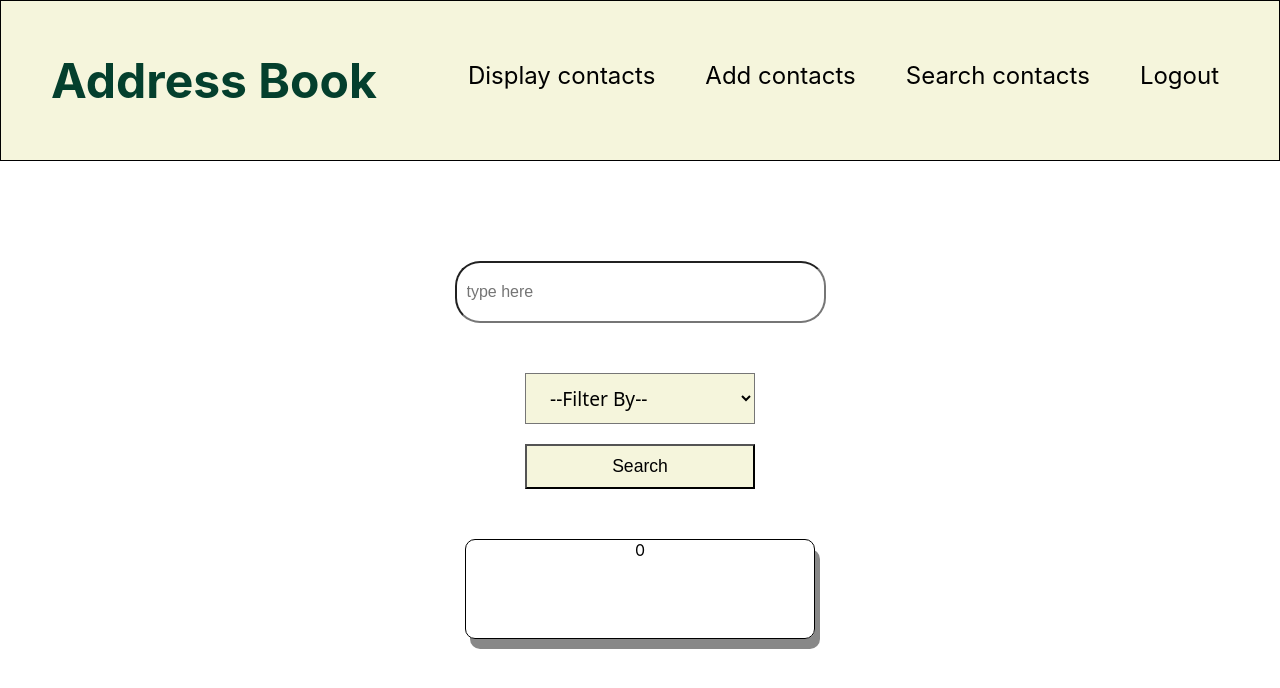
Repository: jatannoury/Address-Book
Page: /search_contact
These files come from the project's save history. The page is drawn as it stood at one moment and after a run of saves; the edit follows.
The browser window is 1280 px wide. The pictures show the whole page.
The project was rebuilt for these pictures with package versions that can differ from the ones it lists, and the page was loaded fresh each time. Also part of the build but not shown: src/components/Email.js, src/components/Password.js, src/components/Login.js, src/components/Username.js, src/components/SignUp.js, src/components/Table.js, src/components/Contacts.js, src/components/AddSection.js.

Above is the page before, as saved 2022-06-26 12:21:50.

After the next 2 saves:
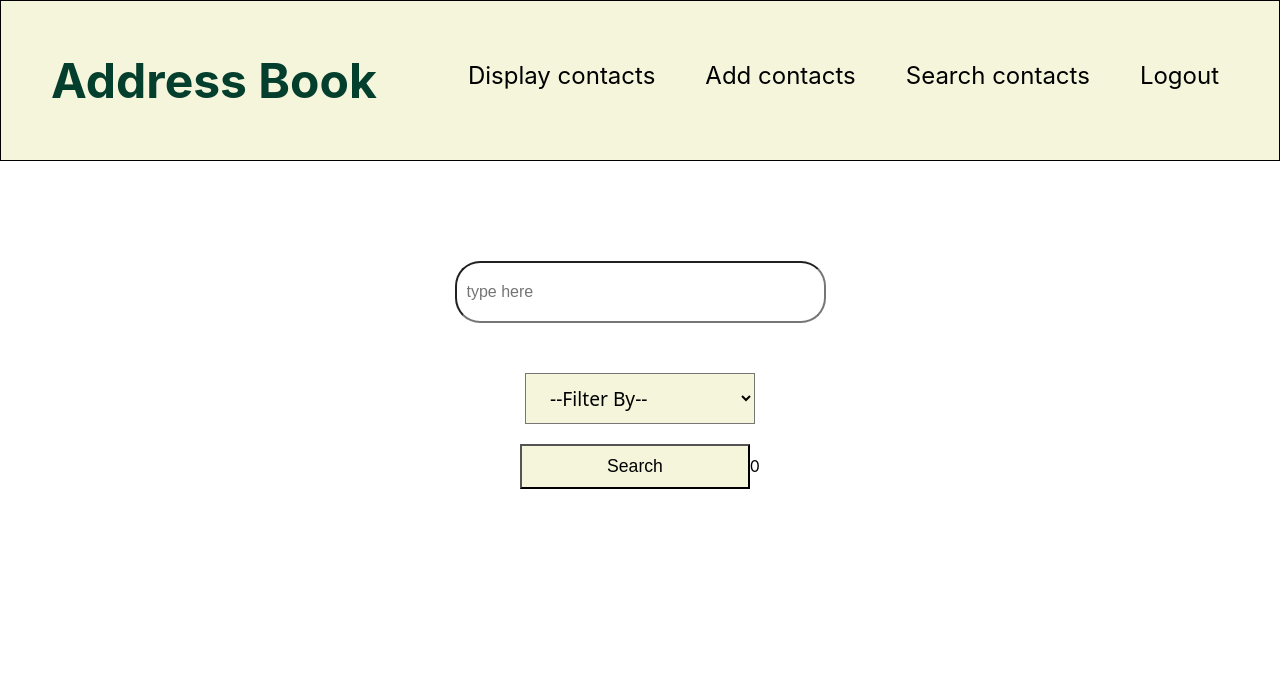
The 2 saves are shown as one change because they came seconds apart.
The last was saved 8 s later.
--- a/src/components/Search.js
+++ b/src/components/Search.js
@@ -66,20 +66,19 @@ const Search = () => {
       >
         Search
       </button>
-      <div className="retrieved">
-        {print & collect.length &&
-          collect.map((e) => {
-            return (
-              <>
-                <div>{e.fullName}</div>
-                <div>{e.phoneNb}</div>
-                <div>{e.email}</div>
-                <div>{e.rlsStatus}</div>
-                <div>{[e.lat, "° , ", e.long, "°"]}</div>
-              </>
-            );
-          })}
-      </div>
+
+      {print & collect.length &&
+        collect.map((e) => {
+          return (
+            <>
+              <div>{e.fullName}</div>
+              <div>{e.phoneNb}</div>
+              <div>{e.email}</div>
+              <div>{e.rlsStatus}</div>
+              <div>{[e.lat, "° , ", e.long, "°"]}</div>
+            </>
+          );
+        })}
     </div>
   );
 };
